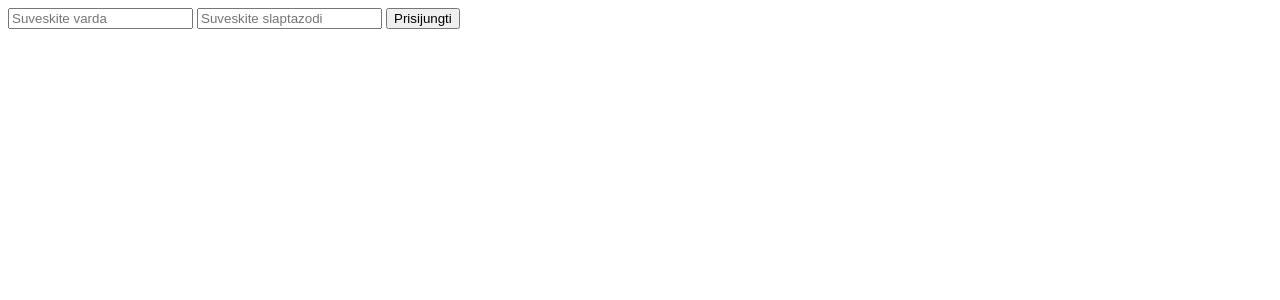
Repository: motiejus1/06-paskaita-PHP-05.31
Page: http://localhost/
These files come from the project's save history. The page is drawn as it stood at one moment and after a run of saves; the edit follows.
The browser window is 1280 px wide. The pictures show the whole page.
The page is run by PHP 8.4 with error messages shown; the project is at /var/www/html/.

Above is the page before, as saved 2021-07-29 19:51:26.

After the next 3 saves:
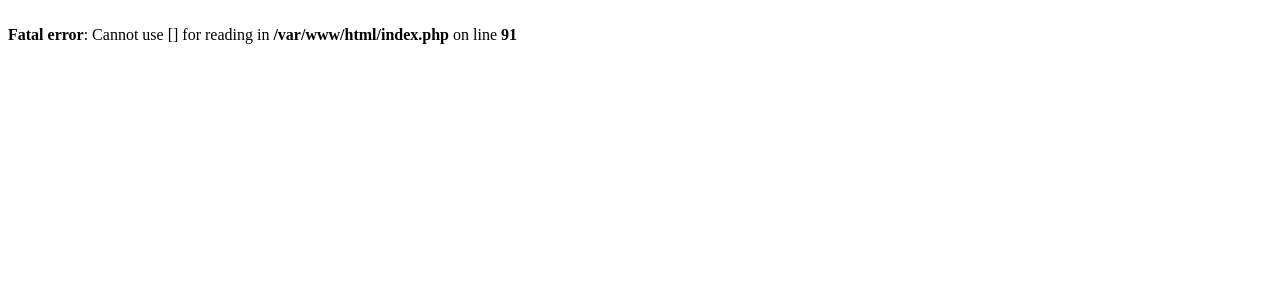
The 3 saves are shown as one change because they came seconds apart.
The last was saved 41 s later.
--- a/index.php
+++ b/index.php
@@ -88,7 +88,7 @@
                 echo $elementas["teises"];
                 echo "<br>";
 
-                if($vardas == "admin" && $slaptazodis == "admin") {
+                if($vardas == $elementas[] && $slaptazodis == "admin") {
                     header("Location: manopaskyra.php");
                 } else {
                     header("Location: 404.php");

After the save that followed:
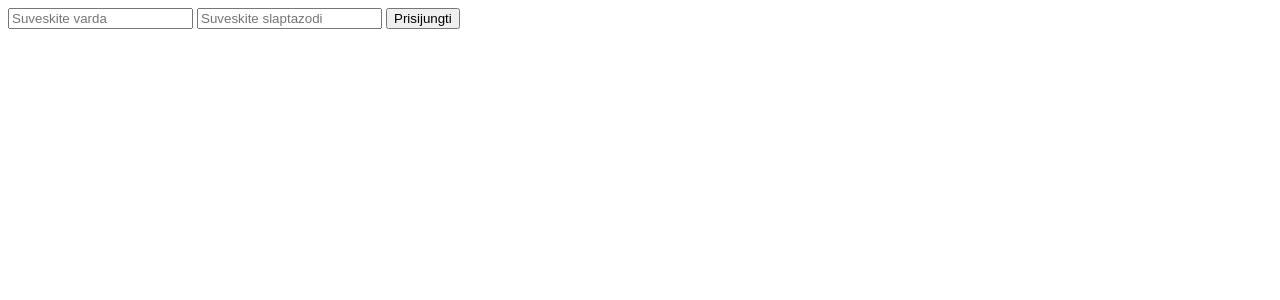
Saved 4 s later.
--- a/index.php
+++ b/index.php
@@ -88,7 +88,7 @@
                 echo $elementas["teises"];
                 echo "<br>";
 
-                if($vardas == $elementas[] && $slaptazodis == "admin") {
+                if($vardas == $elementas["vardas"] && $slaptazodis == "admin") {
                     header("Location: manopaskyra.php");
                 } else {
                     header("Location: 404.php");
